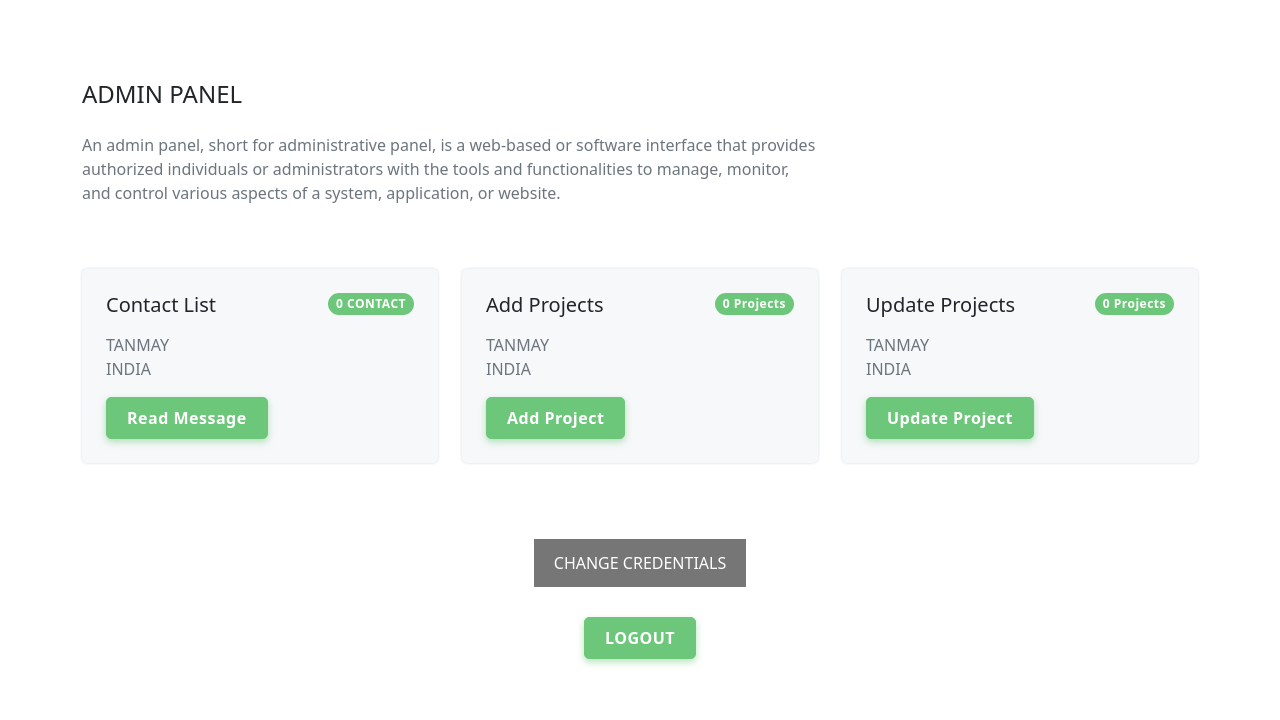
Repository: Tanmay-Kayande/Myportfolio
Page: http://localhost/myproject/admin.jsp
An editor plug-in stored every save of this project. The page is shown before and after the next save, followed by the edit.
The browser window is 1280 px wide. The pictures show the whole page.
Some web libraries are served in a nearby version. The page is served by Tomcat 9. The session is filled in as if someone had signed in: {"login": "exist"}. Other server files are loaded and not shown.

Above is the page before, as saved 2024-02-13 07:54:49.

### myproject/src/main/webapp/admin.jsp

<%@page import="com.dao.ProjectDao"%>
<%@page import="com.dao.MessageDao"%>
<%
String value = (String) session.getAttribute("login");
if (value == null) {
	response.sendRedirect("login.jsp");
	return;
}
%>

<!DOCTYPE html>
<html lang="en">

<head>
<meta charset="utf-8">


<title>find jobs cards - Bootdey.com</title>
<meta name="viewport" content="width=device-width, initial-scale=1">
<link
	href="https://cdn.jsdelivr.net/npm/bootstrap@5.2.0/dist/css/bootstrap.min.css"
	rel="stylesheet">
<style type="text/css">
body {
	margin-top: 20px;
}

.shadow {
	box-shadow: 0 0 3px rgb(53 64 78/ 20%) !important;
}

.rounded {
	border-radius: 5px !important;
}

.bg-light {
	background-color: #f7f8fa !important;
}

.bg-primary, .btn-primary, .btn-outline-primary:hover,
	.btn-outline-primary:focus, .btn-outline-primary:active,
	.btn-outline-primary.active, .btn-outline-primary.focus,
	.btn-outline-primary:not(:disabled):not(.disabled):active,
	.badge-primary, .nav-pills .nav-link.active, .pagination .active a,
	.custom-control-input:checked ~.custom-control-label:before, #preloader #status .spinner>div,
	.social-icon li a:hover, .back-to-top:hover, .back-to-home a, ::selection,
	#topnav .navbar-toggle.open span:hover, .owl-theme .owl-dots .owl-dot.active span,
	.owl-theme .owl-dots.clickable .owl-dot:hover span, .watch-video a .play-icon-circle,
	.sidebar .widget .tagcloud>a:hover, .flatpickr-day.selected,
	.flatpickr-day.selected:hover, .tns-nav button.tns-nav-active,
	.form-check-input.form-check-input:checked {
	background-color: #6dc77a !important;
}

.badge {
	padding: 5px 8px;
	border-radius: 3px;
	letter-spacing: 0.5px;
	font-size: 12px;
}

.btn-primary, .btn-outline-primary:hover, .btn-outline-primary:focus,
	.btn-outline-primary:active, .btn-outline-primary.active,
	.btn-outline-primary.focus, .btn-outline-primary:not(:disabled):not(.disabled):active
	{
	box-shadow: 0 3px 7px rgb(109 199 122/ 50%) !important;
}

.btn-primary, .btn-outline-primary, .btn-outline-primary:hover,
	.btn-outline-primary:focus, .btn-outline-primary:active,
	.btn-outline-primary.active, .btn-outline-primary.focus,
	.btn-outline-primary:not(:disabled):not(.disabled):active,
	.bg-soft-primary .border, .alert-primary, .alert-outline-primary,
	.badge-outline-primary, .nav-pills .nav-link.active, .pagination .active a,
	.form-group .form-control:focus, .form-group .form-control.active,
	.custom-control-input:checked ~.custom-control-label:before,
	.custom-control-input:focus ~.custom-control-label::before,
	.form-control:focus, .social-icon li a:hover, #topnav .has-submenu.active.active .menu-arrow,
	#topnav.scroll .navigation-menu>li:hover>.menu-arrow, #topnav.scroll .navigation-menu>li.active>.menu-arrow,
	#topnav .navigation-menu>li:hover>.menu-arrow, .flatpickr-day.selected,
	.flatpickr-day.selected:hover, .form-check-input:focus,
	.form-check-input.form-check-input:checked, .container-filter li.active,
	.container-filter li:hover {
	border-color: #6dc77a !important;
}

.bg-primary, .btn-primary, .btn-outline-primary:hover,
	.btn-outline-primary:focus, .btn-outline-primary:active,
	.btn-outline-primary.active, .btn-outline-primary.focus,
	.btn-outline-primary:not(:disabled):not(.disabled):active,
	.badge-primary, .nav-pills .nav-link.active, .pagination .active a,
	.custom-control-input:checked ~.custom-control-label:before, #preloader #status .spinner>div,
	.social-icon li a:hover, .back-to-top:hover, .back-to-home a, ::selection,
	#topnav .navbar-toggle.open span:hover, .owl-theme .owl-dots .owl-dot.active span,
	.owl-theme .owl-dots.clickable .owl-dot:hover span, .watch-video a .play-icon-circle,
	.sidebar .widget .tagcloud>a:hover, .flatpickr-day.selected,
	.flatpickr-day.selected:hover, .tns-nav button.tns-nav-active,
	.form-check-input.form-check-input:checked {
	background-color: #6dc77a !important;
}

.btn {
	padding: 8px 20px;
	outline: none;
	text-decoration: none;
	font-size: 16px;
	letter-spacing: 0.5px;
	transition: all 0.3s;
	font-weight: 600;
	border-radius: 5px;
}

.btn-primary {
	background-color: #6dc77a !important;
	border: 1px solid #6dc77a !important;
	color: #fff !important;
	box-shadow: 0 3px 7px rgb(109 199 122/ 50%);
}

a {
	text-decoration: none;
}

 {box-sizing: border-box;}

/* Button used to open the contact form - fixed at the bottom of the page */
.open-button {

  background-color: #555;
  color: white;
  padding: 12px 20px;
  border: none;
  cursor: pointer;
  opacity: 0.8;
  bottom: 30px;
  margin-right: auto;
  margin-left: auot;
  margin-bottom: 30px;
  margin-top:10px;
}

/* The popup form - hidden by default */
.form-popup {
  display: none;
  position: fixed;
  bottom: 0;
  right: 15px;
  border: 3px solid #f1f1f1;
  z-index: 9;
}

/* Add styles to the form container */
.form-container {
  max-width: 300px;
  padding: 10px;
  background-color: white;
}

/* Full-width input fields */
.form-container input[type=text], .form-container input[type=password] {
  width: 100%;
  padding: 15px;
  margin: 5px 0 22px 0;
  border: none;
  background: #f1f1f1;
}

/* When the inputs get focus, do something */
.form-container input[type=text]:focus, .form-container input[type=password]:focus {
  background-color: #ddd;
  outline: none;
}

/* Set a style for the submit/login button */
.form-container .btn {
  background-color: #04AA6D;
  color: white;
  padding: 16px 20px;
  border: none;
  cursor: pointer;
  width: 100%;
  margin-bottom:10px;
  opacity: 0.8;
}

/* Add a red background color to the cancel button */
.form-container .cancel {
  background-color: red;
}

/* Add some hover effects to buttons */
.form-container .btn:hover, .open-button:hover {
  opacity: 1;
}

</style>
</head>

<body>

	<div class="container mt-5 pt-4">

	<h3 style = "text-align: center;"><%@include file = "message.jsp" %></h3>

		<div class="row align-items-end mb-4 pb-2">
			<div class="col-md-8">
				<div class="section-title text-center text-md-start">
					<h4 class="title mb-4">ADMIN PANEL</h4>
					<p class="text-muted mb-0 para-desc">An admin panel, short for
						administrative panel, is a web-based or software interface that
						provides authorized individuals or administrators with the tools
						and functionalities to manage, monitor, and control various
						aspects of a system, application, or website.</p>
				</div>
			</div>

		</div>
		<div class="row">
			<div class="col-lg-4 col-md-6 col-12 mt-4 pt-2">
				<div class="card border-0 bg-light rounded shadow">
					<div class="card-body p-4">

					<%int count = new MessageDao().count(); %>
						<span class="badge rounded-pill bg-primary float-md-end mb-3 mb-sm-0"><%=count %> CONTACT	</span>
						<h5>Contact List</h5>
						<div class="mt-3">
							<span class="text-muted d-block"><i class="fa fa-home"
								aria-hidden="true"></i> <a href="#" target="_blank"
								class="text-muted">TANMAY</a></span> <span class="text-muted d-block"><i
								class="fa fa-map-marker" aria-hidden="true"></i> INDIA</span>
						</div>
						<div class="mt-3">
							<a href="read-message.jsp" class="btn btn-primary">Read
								Message</a>
						</div>
					</div>
				</div>
			</div>

			<div class="col-lg-4 col-md-6 col-12 mt-4 pt-2">
				<div class="card border-0 bg-light rounded shadow">
					<div class="card-body p-4">

						<%int project_count = new ProjectDao().count(); %>
						<span class="badge rounded-pill bg-primary float-md-end mb-3 mb-sm-0"><%=project_count %> Projects	</span>
						<h5>Add Projects</h5>
						<div class="mt-3">
							<span class="text-muted d-block"><i class="fa fa-home"
								aria-hidden="true"></i> <a href="#" target="_blank"
								class="text-muted">TANMAY</a></span> <span class="text-muted d-block"><i
								class="fa fa-map-marker" aria-hidden="true"></i> INDIA</span>
						</div>
						<div class="mt-3">
							<a href="project.jsp" class="btn btn-primary">Add Project</a>
						</div>
					</div>
				</div>
			</div>

			<div class="col-lg-4 col-md-6 col-12 mt-4 pt-2">
				<div class="card border-0 bg-light rounded shadow">
					<div class="card-body p-4">
						<span class="badge rounded-pill bg-primary float-md-end mb-3 mb-sm-0"><%=project_count %> Projects	</span>
						<h5>Update Projects</h5>
						<div class="mt-3">
							<span class="text-muted d-block"><i class="fa fa-home"
								aria-hidden="true"></i> <a href="#" target="_blank"
								class="text-muted">TANMAY</a></span> <span class="text-muted d-block"><i
								class="fa fa-map-marker" aria-hidden="true"></i> INDIA</span>
						</div>
						<div class="mt-3">
							<a href="update-project.jsp" class="btn btn-primary">Update Project</a>
						</div>
					</div>
				</div>
			</div>





			<div style="text-align: center; padding-top: 50px;" class="mt-3">

			<!-- A button to open the popup form -->
			<button class="open-button" onclick="openForm()">CHANGE
				CREDENTIALS</button>

			<!-- The form -->
			<div class="form-popup" id="myForm">
				<form action="Auth" method="post" class="form-container">
					<h2>Change Password</h2>

					<label for="email"><b>Old Password</b></label> <input type="text"
						placeholder="Enter old password" name="opass" required> <label
						for="psw"><b>New Password</b></label> <input type="password"
						placeholder="Enter Password" name="npass" required> <label
						for="psw"><b>Confirm Password</b></label> <input type="password"
						placeholder="Enter Confirm Password" name="cpass" required>

					<input type="hidden" name="check" value="change">

					<button type="submit" class="btn">Update</button>
					<button type="button" class="btn cancel" onclick="closeForm()">Close</button>
				</form>
			</div>
				<form action="Auth" method="post">
					<input type ="hidden" name = "check" value = "Logout">
					<button class="btn btn-primary">LOGOUT</button>
				</form>
			</div>

		</div>
	</div>

	<script>
		function openForm() {
			document.getElementById("myForm").style.display = "block";
		}

		function closeForm() {
			document.getElementById("myForm").style.display = "none";
		}
	</script>
	<script src="https://code.jquery.com/jquery-1.10.2.min.js"></script>
	<script
		src="https://cdn.jsdelivr.net/npm/bootstrap@5.2.0/dist/js/bootstrap.bundle.min.js"></script>
	<script type="text/javascript">

	</script>
</body>

</html>

### myproject/src/main/webapp/message.jsp

<%
	String message =(String) session.getAttribute("msg");
	if(message!= null){

		if(message.equals("Message sent successfully")){
%>
		<h1 style="text-align: center; color: blue"><%=message %></h1>
<%
		}
		else{
%>
		<h1 style="text-align: center; color: red"><%=message %></h1>
<%
		}
	}
	session.removeAttribute("msg");
%>

### myproject/src/main/java/com/dao/InsertDao.java
package com.dao;

import java.util.ArrayList;

public interface InsertDao {

	public String Insert(ArrayList<Object> al);
}

### myproject/src/main/java/com/dao/ReadDao.java
package com.dao;

import java.util.ArrayList;

public interface ReadDao {

	public ArrayList<Object> read();
}

### myproject/src/main/java/com/dao/DeleteDao.java
package com.dao;

public interface DeleteDao {

	public String delete(int sn);
}

### myproject/src/main/java/com/dao/MessageDao.java
package com.dao;

import java.sql.Connection;
import java.sql.PreparedStatement;
import java.sql.ResultSet;
import java.time.LocalDateTime;
import java.util.ArrayList;

import com.pojo.MessagePojo;

public class MessageDao implements InsertDao, ReadDao, DeleteDao {


	private Connection connection;
	private String sql;
	private PreparedStatement prepareStatement;
	private int row;
	private String result;
	private ResultSet rs;

	@SuppressWarnings("finally")
	@Override
	public String Insert(ArrayList<Object> al) {

		try {

			connection = ConnectionFactory.getConnection();
			sql = "insert into message(name, email, message, date) values(?,?,?,?)";
			prepareStatement = connection.prepareStatement(sql);
			prepareStatement.setString(1, (String)al.get(0));
			prepareStatement.setString(2, (String)al.get(1));
			prepareStatement.setString(3, (String)al.get(2));
			prepareStatement.setString(4, LocalDateTime.now().toString());

			row = prepareStatement.executeUpdate();
			if(row==1) {
				result = "saved";
			}

		} catch (Exception e) {
			result = "failed";
			e.printStackTrace();
		}
		finally {
			return result;
		}
	}

	@SuppressWarnings("finally")
	@Override
	public ArrayList<Object> read() {

		ArrayList<Object> ar = new ArrayList<>();

		try {
			connection = ConnectionFactory.getConnection();
			sql = "select * from message";
			prepareStatement = connection.prepareStatement(sql);
			rs = prepareStatement.executeQuery();
			while(rs.next()) {
				MessagePojo m = new MessagePojo(rs.getInt("sn"), rs.getString("name"), rs.getString("email"), rs.getString("message"),
						rs.getString("date"));
				ar.add(m);
			}

		} catch (Exception e) {

			e.printStackTrace();
		}
		finally {

			return ar;
		}
	}

	@SuppressWarnings("finally")
	public int count() {

		int no_of_message = 0;
		try {
			connection = ConnectionFactory.getConnection();
			sql = "select count(*) as count from message";
			prepareStatement = connection.prepareStatement(sql);
			rs = prepareStatement.executeQuery();
			rs.next();
			no_of_message = rs.getInt("count");

		} catch (Exception e) {
			e.printStackTrace();
		}
		finally {

			return no_of_message;
		}


	}

	@SuppressWarnings("finally")
	@Override
	public String delete(int sn) {

		try {

			connection = ConnectionFactory.getConnection();
			sql = "delete from message where sn = ?";
			prepareStatement = connection.prepareStatement(sql);
			prepareStatement.setInt(1, sn);
			row = prepareStatement.executeUpdate();
			if(row==1) {
				result = "deleted";
			}

		} catch (Exception e) {
			result = "failed";
			e.printStackTrace();
		}
		finally {
			return result;
		}


	}


}

### myproject/src/main/java/com/dao/ConnectionFactory.java
package com.dao;

import java.sql.Connection;

import com.mysql.cj.jdbc.MysqlDataSource;

public class ConnectionFactory {

	private static Connection connection;
	@SuppressWarnings("finally")
	public static Connection getConnection() {
		try {

			MysqlDataSource mysql = new MysqlDataSource();
			mysql.setUrl("jdbc:mysql://localhost:3306/myportfolio");
			mysql.setUser("root");
			mysql.setPassword("pass");

			connection = mysql.getConnection();


		} catch (Exception e) {

			e.printStackTrace();
		}
		finally {
			return connection;
		}

	}


}

### myproject/src/main/java/com/dao/UpdateDao.java
package com.dao;

import java.util.ArrayList;

public interface UpdateDao {

	public String update(ArrayList<Object> al);
}

### myproject/src/main/java/com/dao/ProjectDao.java
package com.dao;

import java.sql.Connection;
import java.sql.PreparedStatement;
import java.sql.ResultSet;
import java.time.LocalDateTime;
import java.util.ArrayList;

import javax.servlet.http.Part;

import com.fileIO.ProjectIO;
import com.pojo.Projectpojo;

public class ProjectDao implements InsertDao, ReadDao, DeleteDao, UpdateDao  {

	private Connection connection;
	private String sql;
	private PreparedStatement prepareStatement;
	private int row;
	private String result;
	private ResultSet rs;

	@SuppressWarnings("finally")
	@Override
	public String Insert(ArrayList<Object> al) {

		try {

			String filename = (String) al.get(0);
			String formatname = format(filename);

			connection = ConnectionFactory.getConnection();
			connection.setAutoCommit(false);
			sql = "insert into project(filename) value (?)";
			prepareStatement = connection.prepareStatement(sql);
			prepareStatement.setString(1, formatname);
			row = prepareStatement.executeUpdate();
			if(row == 1) {
				boolean write = new ProjectIO().write(formatname,(Part) al.get(1));
				if(write==true) {

					connection.commit();
					result = "inserted";
				}
				else {
					connection.rollback();
					result = "failed";
				}
			}

		} catch (Exception e) {
			result = "failed";
			e.printStackTrace();
		} finally {

			return result;
		}
	}

	private String format(String filename) {

		String formatfilename = LocalDateTime.now().toString() + filename;
		String[] split = formatfilename.split(":");
		return split[0] + split[1] + split[2];

	}

	@SuppressWarnings("finally")
	@Override
	public ArrayList<Object> read() {

		ArrayList<Object> al = new ArrayList<>();
		try {

			connection = ConnectionFactory.getConnection();
			sql = "select * from project";
			prepareStatement = connection.prepareStatement(sql);
			rs = prepareStatement.executeQuery();
			while(rs.next()) {

				Projectpojo p = new Projectpojo(rs.getInt("sn"),rs.getString("filename"));
				al.add(p);
			}

		} catch (Exception e) {

			e.printStackTrace();
		}
		finally {

			return al;
		}

	}

	@SuppressWarnings("finally")
	public int count() {

		int no_of_projects = 0;
		try {
			connection = ConnectionFactory.getConnection();
			sql = "select count(*) as count from project";
			prepareStatement = connection.prepareStatement(sql);
			rs = prepareStatement.executeQuery();
			rs.next();
			no_of_projects = rs.getInt("count");

		} catch (Exception e) {
			e.printStackTrace();
		}
		finally {

			return no_of_projects;
		}

}

	@SuppressWarnings("finally")
	@Override
	public String delete(int sn) {

		try {

			connection = ConnectionFactory.getConnection();
			sql = "delete from project where sn = ?";
			prepareStatement = connection.prepareStatement(sql);
			prepareStatement.setInt(1, sn);
			row = prepareStatement.executeUpdate();
			if(row==1) {
				result = "deleted";
			}

		} catch (Exception e) {
			result = "failed";
			e.printStackTrace();
		}
		finally {

			return result;
		}
	}

	@SuppressWarnings("finally")
	@Override
	public String update(ArrayList<Object> al) {

		String filename = (String) al.get(3);
		String formatname = format(filename);
		try {
			connection = ConnectionFactory.getConnection();
			connection.setAutoCommit(false);
			sql = "update project set filename =? where sn =?";
			prepareStatement = connection.prepareStatement(sql);
			prepareStatement.setString(1, formatname);
			prepareStatement.setInt(2, (int) al.get(2));
			row = prepareStatement.executeUpdate();

			if(row == 1) {
				boolean update = new ProjectIO().update(formatname,(Part) al.get(1));
				if(update==true) {

					connection.commit();
					result = "updated";
				}
				else {
					connection.rollback();
					result = "failed";
				}
			}

		} catch (Exception e) {
			e.printStackTrace();
		}
		finally {

			return result;
		}
	}
}

After the next save:
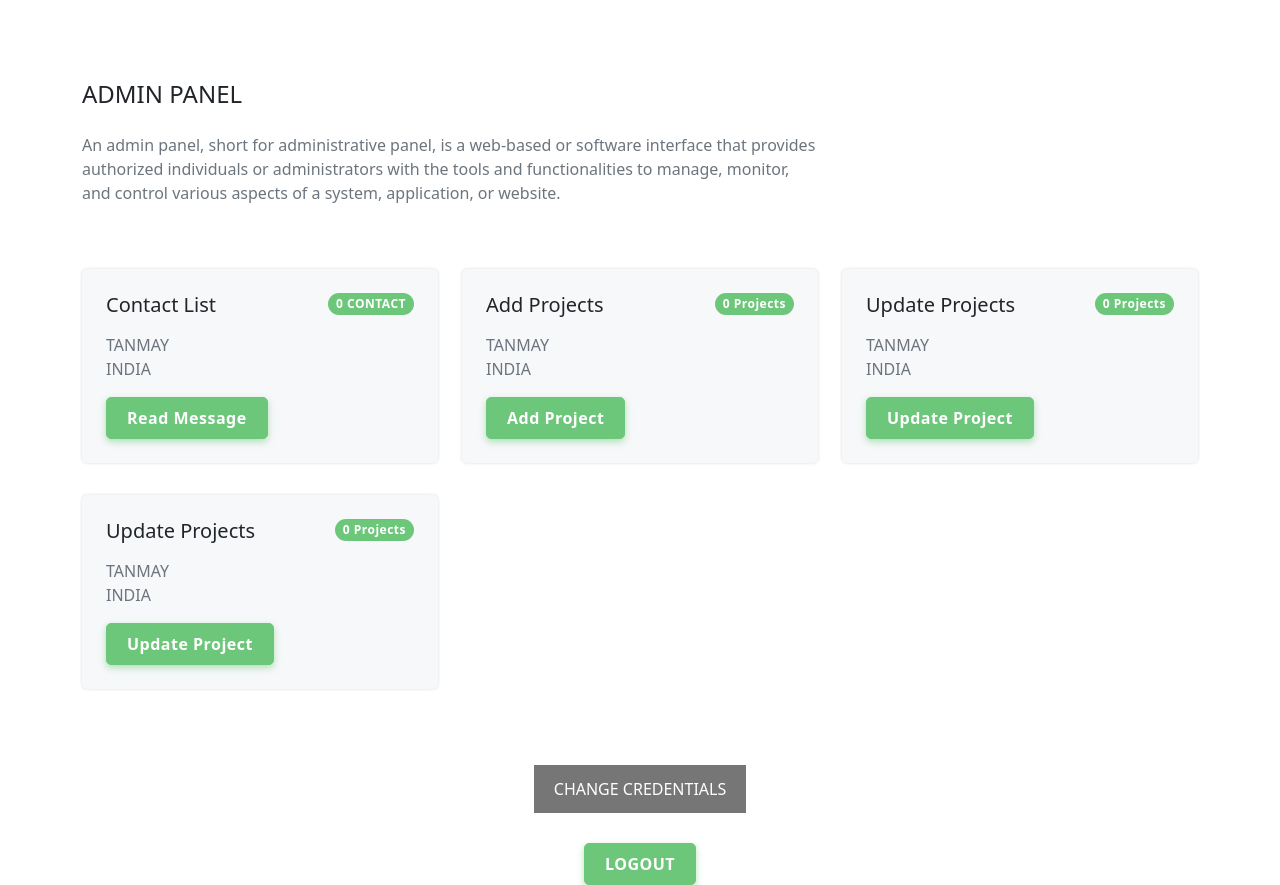
Saved 107 min 14 s later.
--- a/myproject/src/main/webapp/admin.jsp
+++ b/myproject/src/main/webapp/admin.jsp
@@ -276,6 +276,23 @@ a {
 				</div>
 			</div>
 
+			<div class="col-lg-4 col-md-6 col-12 mt-4 pt-2">
+				<div class="card border-0 bg-light rounded shadow">
+					<div class="card-body p-4">
+						<span class="badge rounded-pill bg-primary float-md-end mb-3 mb-sm-0"><%=project_count %> Projects	</span>
+						<h5>Update Projects</h5>
+						<div class="mt-3">
+							<span class="text-muted d-block"><i class="fa fa-home"
+								aria-hidden="true"></i> <a href="#" target="_blank"
+								class="text-muted">TANMAY</a></span> <span class="text-muted d-block"><i
+								class="fa fa-map-marker" aria-hidden="true"></i> INDIA</span>
+						</div>
+						<div class="mt-3">
+							<a href="update-project.jsp" class="btn btn-primary">Update Project</a>
+						</div>
+					</div>
+				</div>
+			</div>
 
 
 
